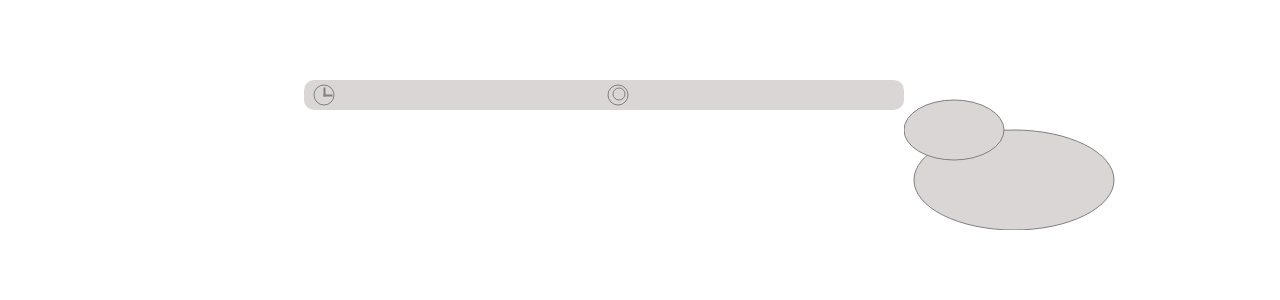
Repository: Gaj123-coder/emoji-search-app
Page: /
An editor plug-in stored every save of this project. The page is shown before and after the next save, followed by the edit.
The browser window is 1280 px wide. The pictures show the whole page.
The project was rebuilt for these pictures with package versions that can differ from the ones it lists, and the page was loaded fresh each time.

Above is the page before, as saved 2021-10-30 14:40:51.

### public/index.html
<!DOCTYPE html>
<html>
    <head>
        <title>Emoji Search</title>
        <meta charset="UTF-8">
        <meta name="author" content="Gajanan C Hegde">
        <meta name="description" content="A simple emoji search app using React JS">
        <meta name="view-port" content="width=device-width,initial-scale=1">
        <meta property="og:title" content="emoji">
        <meta property="og:description" content="An emoji searh app">
        <meta property="og:url" content="http://www.emojis..com">
        <meta property="og:image" content="https://seeklogo.com/images/S/smile-with-glasses-emoji-logo-0C5A7F9874-seeklogo.com.png">
        <meta property="twitter:title" content="Emoji Search">
        <meta property="twitter:image" content="https://seeklogo.com/images/S/smile-with-glasses-emoji-logo-0C5A7F9874-seeklogo.com.png">
        <meta property="twitter:description" content="A simple recat js emloji search app">
        <meta property="twitter:card" content="summary_large_page">
        <meta property="facebook:title" content="Emoji Search">
        <meta property="facebook:image" content="https://seeklogo.com/images/S/smile-with-glasses-emoji-logo-0C5A7F9874-seeklogo.com.png">
        <meta property="facebooks:description" content="A simple react app for emoji search">
        <meta proprty="facebook:url" content="https://www.emojis.com">
        <link rel="canonical" href="index.html"/>
    </head>
    <body>
        <div id="root"></div>
    </body>
</html>

### src/App.js
import './App.css';
import {sad1,worry1,angry1,happy1,smiley1,peace1,love1,joy1,laugh1,gift1,smile1,hands1,sports1,supper1,evil1,shy1,tasty1,confuse1,sleepy1} from "./Components/emotions";
function App() {
  return (
    <div className="dec">
      <div>
        <svg>
          <circle cx="20" cy="15" r="10px" stroke="grey" strokeWidth="1px" fill="rgb(218, 214, 214)"/>
          <rect x="20" y="8" width="1px" height="8px" stroke="grey" strokeWidth="1px" fill="rgb(218, 214, 214)"/>
          <rect x="20" y="15" width="8px" height="1px" stroke="grey" strokeWidth="1px" fill="rgb(218, 214, 214)"/>
        </svg>
      </div>
      <div>
        <svg>
          <circle cx="14" cy="15" r="10px" stroke="grey" strokeWidth="1px" fill="rgb(218, 214, 214)"/>
          <circle cx="15" cy="14" r="6px" stroke="grey" strokeWidth="1px" fill="rgb(218, 214, 214)"/>
        </svg>
      </div>
      <div>
        <svg>
          <ellipse cx="110" cy="100" rx="100" ry="50" stroke="grey" strokeWidth="1px" fill="rgb(218, 214, 214)"/>
          <ellipse cx="50" cy="50 " rx="50" ry="30" stroke="grey" strokeWidth="1px" fill="rgb(218, 214, 214)"/>
        </svg>
      </div>
    </div>
  );
}

export default App;

### src/App.css
.dec{
  background-color: rgb(218, 214, 214);
  width:600px;
  height:30px;
  position: relative;
  left:19rem;
  border-radius:10px;
  top:5rem;
  display:flex;
  flex-direction:row;
  flex-wrap:nowrap;
}

.dec>div>svg{
  width:inherit;
  height:inherit;
}

### src/Components/emotions.js
const sad=["128524","128528",'128530',"128532","128542","128546","128549","128557"]
const worry=["128524","128529","128531","128532","128533","128543","128552","128553"]
const angry=["128520","128544","128545","128548","12855"]
const happy=["128512","128513","128514","128518","128522"]
const love=["128525","128535","128536","128537","128538"]
const joy=["128513","128517","128519","128521","128539","128540","128541"]
const laugh=["128513","128514","128518"]
const smile=["128512","128516"]
const gift=["127873","127891","127894","127874","127879","129395","127882","127876"]
const sports=["127939","127943","127947","","","","","","",""]
const hands=["128075","128588","129309","65039","128591","128077","129305","129304","128076","129306"]
const supper=["128526","128527"]
const peace=["128512","128515","128516","128519"]
const evil=["128520"]
const shy=["128522"]
const tasty=["128523"]
const confuse=["128534","128533","128550"]
const sleepy=["128554"]
const smiley=["128512","128513","128514","128515","128516","128517","128518","128519","128520","128521","128522","128523","128524","128525",
"128526","128527","128528","128529","128530","128531","128532","128533","128534","128535","128536","128537","128538","128539","128540"]

export const smiley1=smiley;
export const peace1=peace;
export const sad1=sad;
export const happy1=happy;
export const worry1=worry;
export const angry1=angry;
export const love1=love;
export const joy1=joy;
export const laugh1=laugh;
export const gift1=gift;
export const smile1=smile;
export const sports1=sports;
export const hands1=hands;
export const supper1=supper;
export const evil1=evil;
export const shy1=shy;
export const tasty1=tasty;
export const confuse1=confuse;
export const sleepy1=sleepy;

Loaded but not shown: src/index.js (common file); src/index.css (common file)

After the next save:
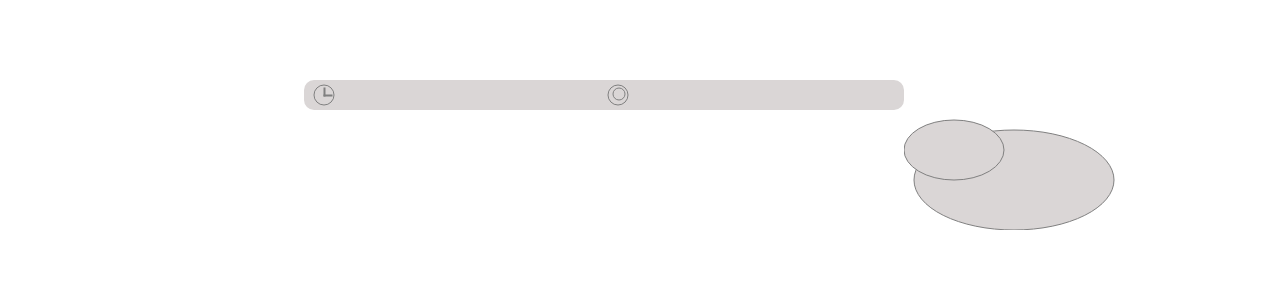
Saved 9 s later.
--- a/src/App.js
+++ b/src/App.js
@@ -19,7 +19,7 @@ function App() {
       <div>
         <svg>
           <ellipse cx="110" cy="100" rx="100" ry="50" stroke="grey" strokeWidth="1px" fill="rgb(218, 214, 214)"/>
-          <ellipse cx="50" cy="50 " rx="50" ry="30" stroke="grey" strokeWidth="1px" fill="rgb(218, 214, 214)"/>
+          <ellipse cx="50" cy="70 " rx="50" ry="30" stroke="grey" strokeWidth="1px" fill="rgb(218, 214, 214)"/>
         </svg>
       </div>
     </div>
